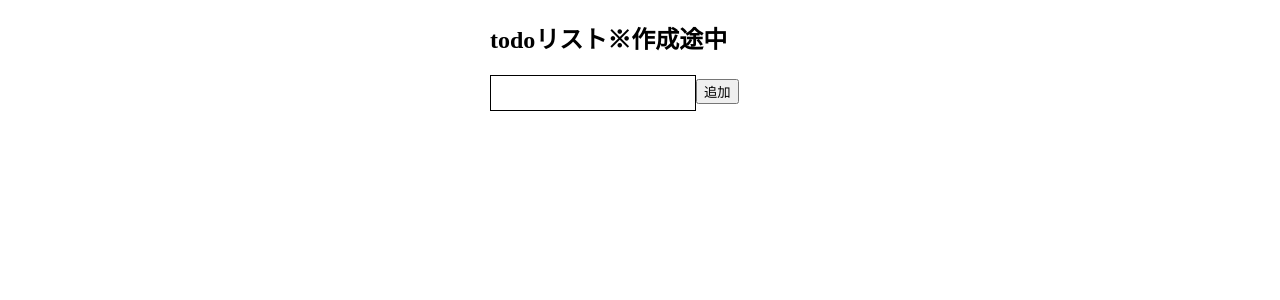
Repository: FujieRyou/react_practice
Page: /
The author's editor kept a copy of each file at every save. The page is drawn from the files as they stood at one save, then again after the next save.
The browser window is 1280 px wide. The pictures show the whole page.
The project was rebuilt for these pictures with package versions that can differ from the ones it lists, and the page was loaded fresh each time. Also part of the build but not shown: vite.config.js, src/components/testComponent.jsx, src/components/countUp.jsx, src/components/switchFlag.jsx, src/components/props1.jsx, src/components/profile.jsx, src/components/ivent.jsx.

Above is the page before, as saved 2023-01-19 03:40:40.

### src/App.jsx
import { useEffect } from "react"
import { useRef } from "react"
import { useState } from "react"
import TestComponent from "./components/testComponent"
import styles from "./scss/style.scss"
import Todolist from "./components/todoComponent"
import CountUp from "./components/countUp"
import SwitchFlag from "./components/switchFlag"
import PropsPractice from "./components/props1"
import Profile from "./components/profile"
import ChangeIvent from "./components/ivent"


const App = () =>{
  const profileInfo = [
    {name:"Takasi",age:20,from:"大阪"},
    {name:"Hirosi",age:19,from:"東京"},
    {name:"Musasi",age:21,from:"名古屋"},
]


  return(
    <div>
      {/* todolist作成中 */}
      <Todolist />

      {/* 押すたびにcountがupする(useState練習) */}
      {/* < CountUp /> */}

      {/* 押すたびにON,OFFがきりかわる(useState練習) */}
      {/* <SwitchFlag /> */}

    {/* props練習 */}
    {/* <PropsPractice color="red"/>
    <PropsPractice num={123}/> */}

    {/* <Profile
      name={profileInfo[0].name}
      age={profileInfo[0].age}
      from={profileInfo[0].from}
    />

    <Profile
      {...profileInfo[1]}
    />

    <Profile/>

    <ChangeIvent /> */}

    </div>






  )
}


export default App

### src/scss/style.scss
input{
    border: solid 1px black;
    width: 200px;
    height: 32px;
}

.btn{
    width: 56px;
    height: 32px;
    background-color: aquamarine;
}

.list{
    width: 200px;
    height: 100px;
    background-color: tomato;
    border: solid 1px skyblue;
    padding: 10px 12px;
    list-style-type: none;
}

.component{
    width: 200px;
    height: 150px;
    border: solid 5px green;
    color: green;
}
.component.red{
    width: 200px;
    height: 150px;
    border: solid 5px red;
    color: red;
}

.mouseInOut{
    width: 200px;
    height: 200px;
    background-color: aquamarine;
    margin-top: 20px;
}

.todoWrap{
    width: 300px;
    height: 200px;
    margin: 0 auto;
}

### src/components/todoComponent.jsx
import style from "../scss/style.scss"
import { useState } from "react";

const Todolist = () =>{
    const [val, setVal] = useState();

    return(
        <div className="todoWrap">
            <h2>todoリスト※作成途中</h2>
            <input type="text" id="txtArea" className="txtArea" />
            <button type="button" id="addBtn" className="addBtn">追加</button>
            <div id="listWrap">
            </div>
        </div>
    )
}

export default Todolist;

Loaded but not shown: index.html (common file); src/main.jsx (common file)

After the next save:
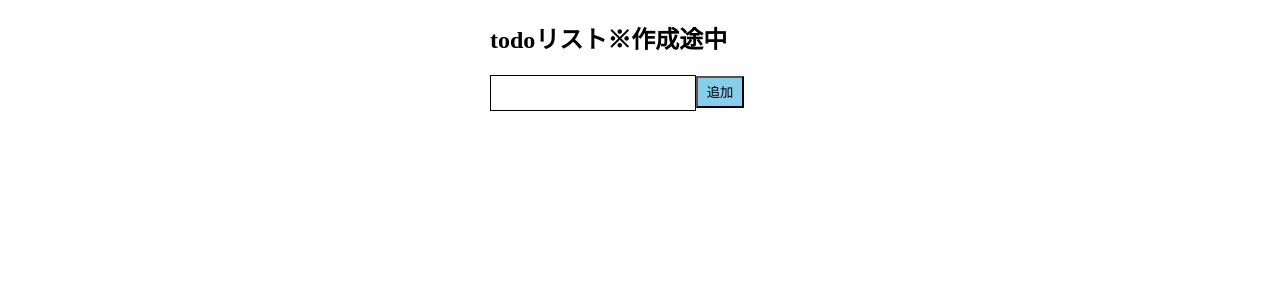
Saved 60 s later.
--- a/src/scss/style.scss
+++ b/src/scss/style.scss
@@ -44,3 +44,9 @@ input{
     height: 200px;
     margin: 0 auto;
 }
+
+.addBtn{
+    width: 48px;
+    height: 32px;
+    background-color: skyblue;
+}
